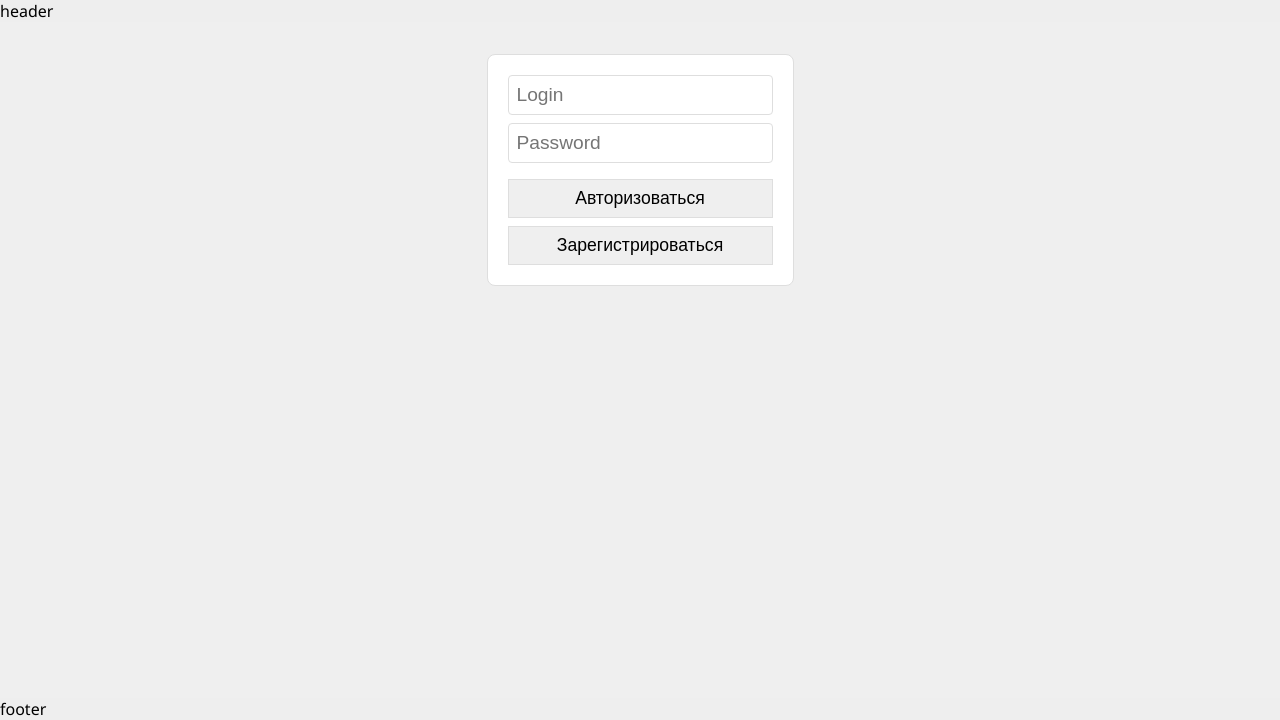
Repository: slep0y/fakeAuth
Page: index.html
These files come from the project's save history. The page is drawn as it stood at one moment and after the next save; the edit follows.
The browser window is 1280 px wide. The pictures show the whole page.
The style sheet was rebuilt from its Sass, Less or Tailwind sources for each picture, by a compiler version that may differ from the author's.

Above is the page before, as saved 2025-01-19 18:12:50.

### index.html
<!DOCTYPE html>
<html lang="ru">
<head>
    <meta charset="UTF-8">
    <meta name="viewport" content="width=device-width, initial-scale=1.0">
    <!-- <link rel="stylesheet" href="./styles/special-style.css"> -->
    <link rel="stylesheet" href="/styles/style.css">
    <title>Document</title>
</head>
<body class="page">
    <header class="header">header</header>
    <main class="main">
        <section class="auth-section hidden">
            <div class="container">
                <div class="auth-section__inner">
                    <form action="*" class="form" id="authForm">
                        <div class="fieldgroup">
                            <input id="loginName" name="loginName" type="text" class="input" placeholder="Login">
                            <input id="loginPass" name="loginPass" type="password" class="input" placeholder="Password">
                        </div>
                        <div class="controls">
                            <button id="authButton" class="button">Авторизоваться</button>
                            <button id="regButton" class="button">Зарегистрироваться</button>
                        </div>
                    </form>
                </div>
            </div>
        </section>
        <section class="content hidden">
            <div class="container">
                <div class="content__inner">
                    <button id="exitButton" class="button">Выйти из профиля</button>
                    <h1>Приветствую</h1>
                </div>
            </div>
        </section>
    </main>
    <footer class="footer">footer</footer>

    <script src="./js/script.js"></script>
</body>
</html>

### js/script.js
let form = document.querySelector('#authForm'),
    authSection = document.querySelector('.auth-section'),
    content = document.querySelector('.content'),
    authButton = form.querySelector('#authButton'),
    regButton = form.querySelector('#regButton'),
    exitButton = document.querySelector('#exitButton'),
    loginName = form.querySelector('#loginName'),
    loginPass = form.querySelector('#loginPass');

function checkAuthData(){
    if(localStorage.getItem('authorize') && localStorage.getItem('userAuth')){
        let authName = localStorage.getItem('authorize'),
            usersBase = JSON.parse(localStorage.getItem('userAuth'));
        if(usersBase[authName]){
            content.classList.remove('hidden');
            authSection.classList.add('hidden');
            showMessage('Вы авторизованы как: ' + authName);
            cleanFields();
        }else{
            authSection.classList.remove('hidden');
            showMessage('Вы не авторизованы! Авторизуйтесь!');
        }
    }else{
        authSection.classList.remove('hidden');
        showMessage('Вы не авторизованы! Авторизуйтесь!');
    }
    cleanFields();
}

function authorize(e){
    e.preventDefault();
    let name = loginName.value,
        pass = loginPass.value;
    if(localStorage.getItem('userAuth')){
        let usersBase = JSON.parse(localStorage.getItem('userAuth'));
        if(usersBase[name] && pass == usersBase[name]['pass']){
            localStorage.setItem('authorize', name);
            checkAuthData();
        }else{
            showMessage('Неверные: Имя и Пароль');
        }
    }else{
        showMessage('Неверные: Имя и Пароль');
    }
}

function logout(e){
    e.preventDefault();
    localStorage.removeItem('authorize');
    showMessage('Вы вышли из профиля. Автризуйтесь!');
    content.classList.add('hidden');
    authSection.classList.remove('hidden');
}

function register(e){
    e.preventDefault();
    let name = loginName.value,
        pass = loginPass.value;
    if(name != '' && pass != ''){
        if(localStorage.getItem('userAuth')){
            let inBaseUserAuth = JSON.parse(localStorage.getItem('userAuth')),
                newUser = {
                    name: name,
                    pass: pass
                };
            inBaseUserAuth[name] = newUser;
            localStorage.setItem('userAuth', JSON.stringify(inBaseUserAuth));
            showMessage('Вы зарегистрированы! Авторизуйтесь!');
            cleanFields();
        }else{
            let newBaseUserAuth = {
                [name] : {
                    name: name,
                    pass: pass
                }
            };
            localStorage.setItem('userAuth', JSON.stringify(newBaseUserAuth));
            showMessage('Вы зарегистрированы! Авторизуйтесь!');
            cleanFields();
        }
    }
}

function showMessage(text){
    console.log(text);
}
function cleanFields(){
    loginName.value = '';
    loginPass.value = '';
}

checkAuthData();
authButton.onclick = authorize;
regButton.onclick = register;
exitButton.onclick = logout;

### styles/style.scss
@import "_base.scss";
@import "blocks/page/_page.scss";
@import "blocks/container/_container.scss";
@import "blocks/main/_main.scss";
@import "blocks/header/_header.scss";
@import "blocks/footer/_footer.scss";
@import "blocks/auth-section/_auth-section.scss";
@import "blocks/content/_content.scss";
@import "blocks/form/_form.scss";
@import "blocks/fieldgroup/_fieldgroup.scss";
@import "blocks/controls/_controls.scss";
@import "blocks/input/_input.scss";
@import "blocks/button/_button.scss";

### styles/_base.scss
:root{
    --segoe:'Segoe UI', Tahoma, Geneva, Verdana, sans-serif;
    --grey_lite: #dedede;
    --lite: #efefef;
}
body, html {
    margin: 0;
    padding: 0;
    height: 100%;
    font-family: var(--segoe);
}
*, *::after, *::before {
    box-sizing: border-box;
}
section{
    padding-block: 2rem;
}

### styles/blocks/page/_page.scss
.page{
    display: grid;
    grid-auto-rows: min-content auto min-content;
    background-color: var(--lite);
}

### styles/blocks/container/_container.scss
.container {
    width: 100%;
    margin-inline: auto;
    max-width: 1140px;
    padding-inline: 20px;
}

### styles/blocks/main/_main.scss
.main{

}

### styles/blocks/header/_header.scss
.header{
    background-color: #eee;
}

### styles/blocks/footer/_footer.scss
.footer{
    background-color: #eee;
}

### styles/blocks/auth-section/_auth-section.scss
.auth-section{
    display: block;
    &__inner{
        display: grid;
        justify-content: center;
    }
    &.hidden{
        display: none;
    }
}

### styles/blocks/content/_content.scss
.content{
    &.hidden{
        display: none;
    }
}

### styles/blocks/form/_form.scss
.form{
    max-width: 640px;
    width: 100%;
    display: grid;
    gap: 16px;
    border: 1px solid var(--grey_lite);
    padding: 20px;
    border-radius: 8px;
    background-color: #fff;
    &.hidden{
        display: none;
    }
}

### styles/blocks/fieldgroup/_fieldgroup.scss
.fieldgroup{
    display: grid;
    gap: 8px;
}

### styles/blocks/controls/_controls.scss
.controls{
    display: grid;
    gap: 8px;
}

### styles/blocks/input/_input.scss
.input{
    border: 1px solid var(--grey_lite);
    border-radius: 4px;
    padding: 8px;
    background-color: #fff;
    width: 100%;
    font-size: 1.2rem;
}

### styles/blocks/button/_button.scss
.button{
    display: flex;
    justify-content: center;
    align-items: center;
    font-size: 1.1rem;
    width: 100%;
    padding: 8px;
    border: 1px solid var(--grey_lite);
    background-color: var(--lite);
}

After the next save:
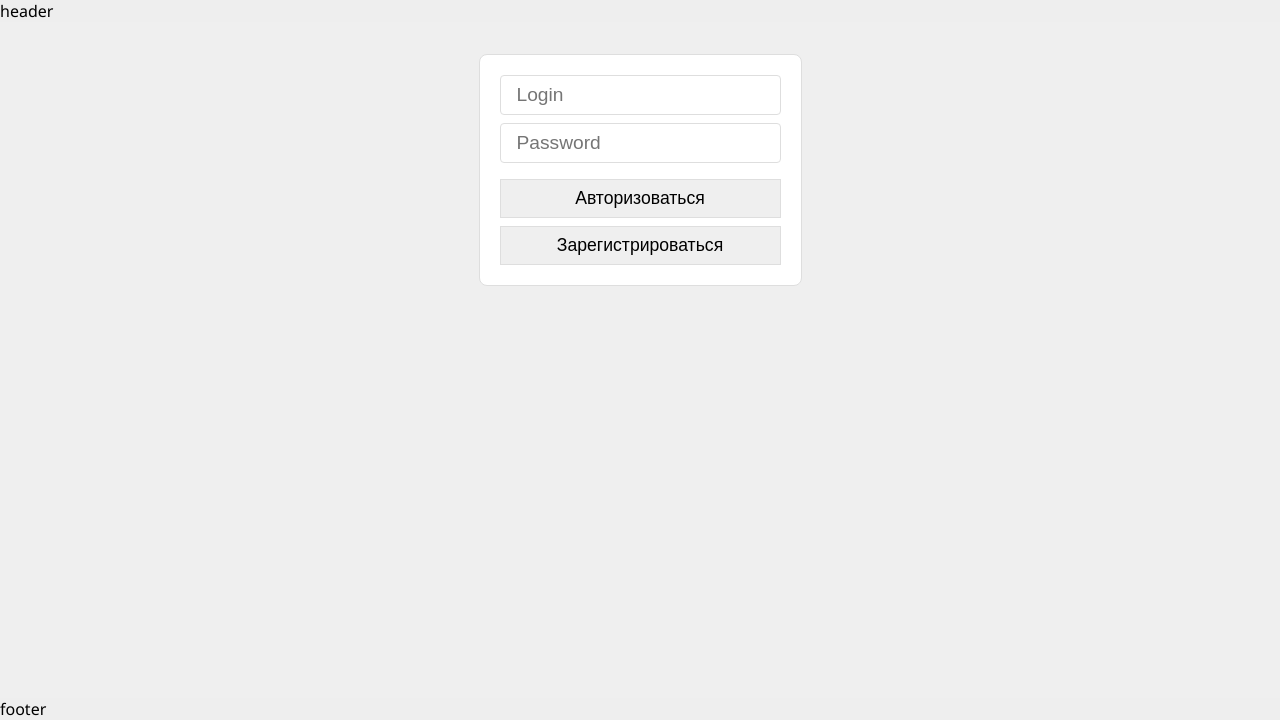
Saved 12 s later.
--- a/styles/blocks/input/_input.scss
+++ b/styles/blocks/input/_input.scss
@@ -1,7 +1,7 @@
 .input{
     border: 1px solid var(--grey_lite);
     border-radius: 4px;
-    padding: 8px;
+    padding: 8px 16px;
     background-color: #fff;
     width: 100%;
     font-size: 1.2rem;
